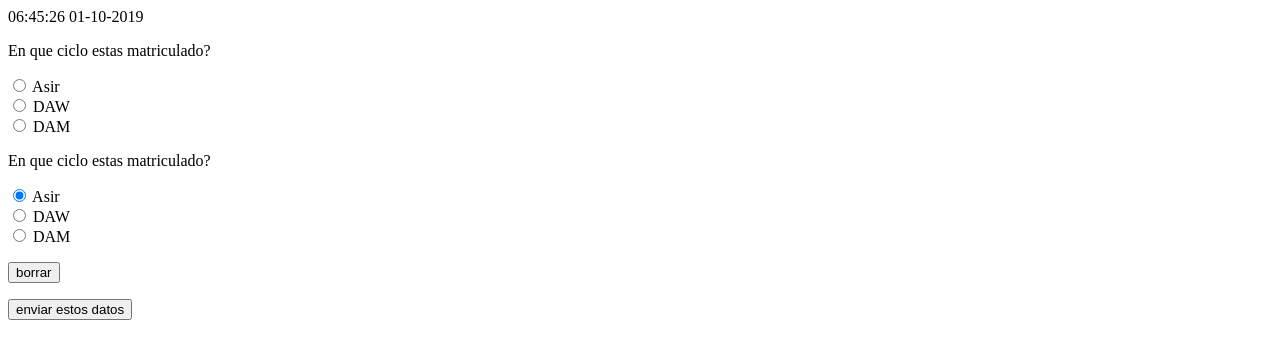
Repository: weertop/2DAW
Page: http://localhost/Formularios/checkRadio.jsp
The author's editor kept a copy of each file at every save. The page is drawn from the files as they stood at one save, then again after the next save.
The browser window is 1280 px wide. The pictures show the whole page.
The page is served by Tomcat 9.

Above is the page before, as saved 2019-10-02 08:42:25.

After the next save:
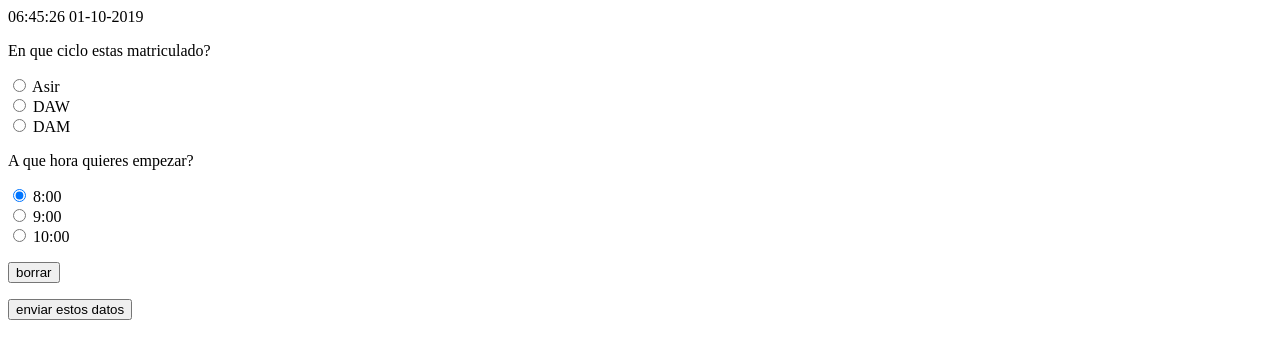
Saved 36 s later.
--- a/DWServidor/eclipse-workspace-photom/Formularios/WebContent/checkRadio.jsp
+++ b/DWServidor/eclipse-workspace-photom/Formularios/WebContent/checkRadio.jsp
@@ -22,10 +22,10 @@
 		<input type="radio" name="ciclo" value="daw" /> DAW<br/>
 		<input type="radio" name="ciclo" value="dam" /> DAM<br/>
 
-		<p> En que ciclo estas matriculado? </p>
-		<input type="radio" name="ciclo" value="asir" checked/> Asir<br/>
-		<input type="radio" name="ciclo" value="daw" /> DAW<br/>
-		<input type="radio" name="ciclo" value="dam" /> DAM<br/>
+		<p> A que hora quieres empezar? </p>
+		<input type="radio" name="ciclo" value="8" checked/> 8:00<br/>
+		<input type="radio" name="ciclo" value="9" /> 9:00<br/>
+		<input type="radio" name="ciclo" value="10" /> 10:00<br/>
 		<p> <input type="reset" name="borrar" value="borrar" />	</p>
 		<p> <input type="submit" name="enviar" value="enviar estos datos" /> </p> <!-- el value es lo que se enviara -->
 	</form>
